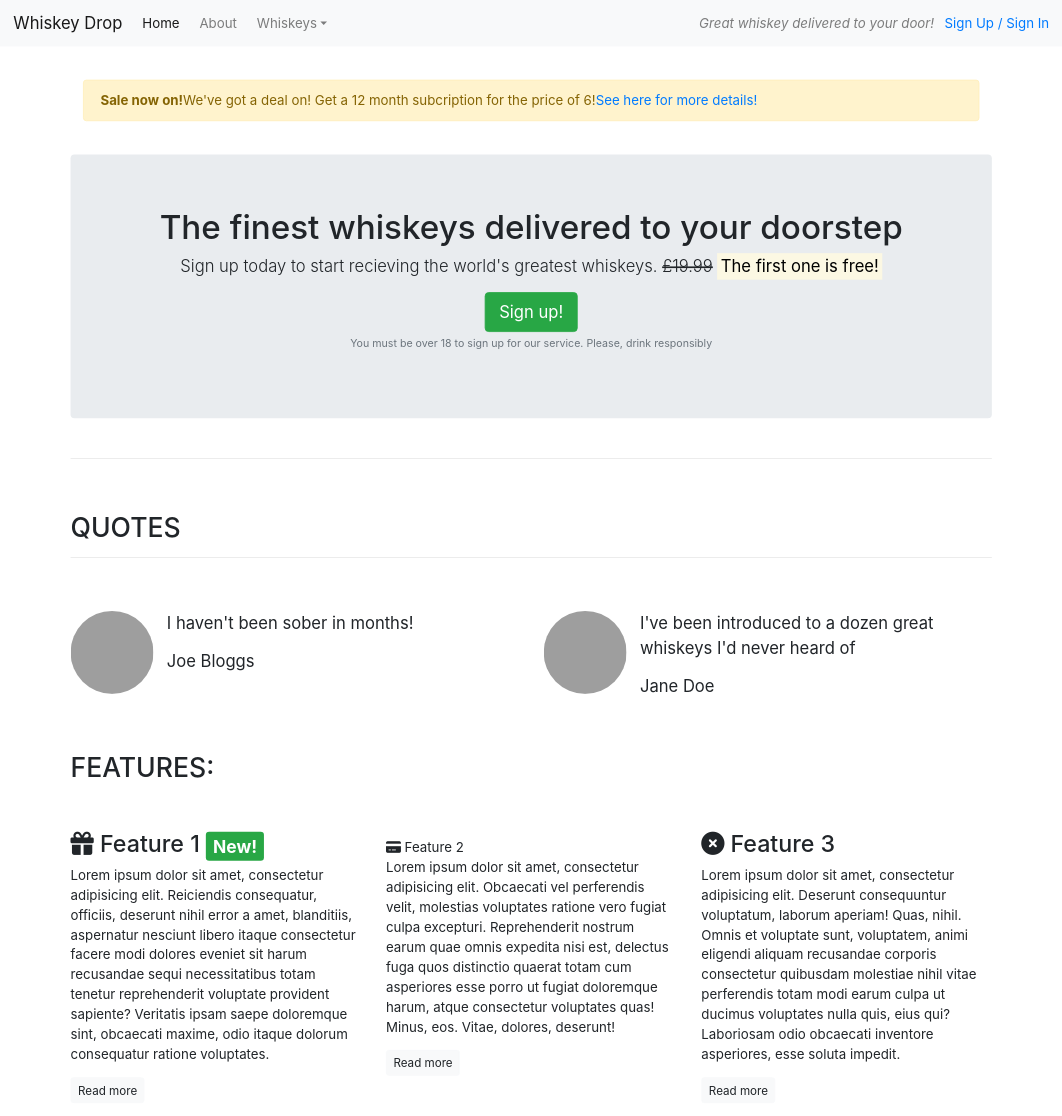
Repository: Matt-F90/Intro-to-bootstrap
Page: index.html
The author's editor kept a record of every edit. The page is drawn from the files as they stood at one moment, then again after the next edit.
The browser window is 1280 px wide. The pictures show the whole page, at 83% of full size.
Pictures or frames that could not be fetched are drawn as grey boxes. Some web libraries are served in a nearby version.

Above is the page before.
Console error: TypeError: Cannot read properties of undefined (reading 'fn')

### index.html
<!DOCTYPE html>
<html lang="en">

<head>
    <meta charset="UTF-8">
    <meta name="viewport" content="width=device-width, initial-scale=1.0">
    <meta http-equiv="X-UA-Compatible" content="ie=edge">
    <title>Whiskey Drop | Taste a new whiskey every month</title>
    <link rel="stylesheet" href="https://stackpath.bootstrapcdn.com/bootstrap/4.1.3/css/bootstrap.min.css" integrity="sha384-MCw98/SFnGE8fJT3GXwEOngsV7Zt27NXFoaoApmYm81iuXoPkFOJwJ8ERdknLPMO" crossorigin="anonymous">
    <script src="https://stackpath.bootstrapcdn.com/bootstrap/4.1.3/js/bootstrap.min.js" integrity="sha384-ChfqqxuZUCnJSK3+MXmPNIyE6ZbWh2IMqE241rYiqJxyMiZ6OW/JmZQ5stwEULTy" crossorigin="anonymous"></script>
    <script src="https://kit.fontawesome.com/f919e2be21.js" crossorigin="anonymous"></script>

    <body>
        <nav class="navbar navbar-light bg-light navbar-expand-sm">
            <a href="/" class="navbar-brand">Whiskey Drop</a>

            <button class="navbar-toggler ml-auto" type="button" data-toggle="collapse" data-target="#navbarNavDropdown" aria-controls="navbarNavDropdown" aria-expanded="false" aria-label="Toggle navigation">
        <span class="navbar-toggler-icon"></span></button>

            <div class="collapse navbar-collapse" id="navbarNavDropdown">

                <ul class="navbar-nav mr-auto">
                    <li class="active nav-item mr-2"><a class="nav-link" href="/">Home</a></li>
                    <li class="nav-item mr-2"><a class="nav-link" href="/about">About</a></li>
                    <li class "nav-item dropdown">
                        <a class="nav-link dropdown-toggle" href="#" id="navbarDropdownMenuLink" role="button" data-toggle="dropdown" aria-haspopup="true" aria-expanded="false">
          Whiskeys</a>
                        <div class="dropdown-menu" aria-labelledby="navbarDropdownMenuLink">
                            <a class="dropdown-item" href="#">Irish</a>
                            <a class="dropdown-item" href="#">Scotch</a>
                            <a class="dropdown-item" href="#">Japanese</a>
                            <a class="dropdown-item" href="#">American</a>
                        </div>
                    </li>
                    <li class="nav-item mr-2 d-block d-sm-none"><a class="nav-link" href="/login">Sign Up / Sign In</a></li>
                </ul>
            </div>
            <div class="d-none d-md-block">
                <p class="navbar-text my-auto mr-2"><i>Great whiskey delivered to your door!</i></p>
                <a href="/login">Sign Up / Sign In</a>
            </div>
        </nav>
        <article class="container mt-3">
            <div class="row d-none d-sm-inline">
                <div class="col-12">
                    <div class="alert alert-warning">
                        <strong>Sale now on!</strong>We've got a deal on! Get a 12 month subcription for the price of 6!<a href "/">See here for more details!</a>
                    </div>
                </div>
            </div>
            <div class="row">
                <div class="col-12">
                    <section class="callout jumbotron text-center">
                        <h1>The finest whiskeys delivered to your doorstep</h1>
                        <p class="lead">Sign up today to start recieving the world's greatest whiskeys.
                            <s class="d-none d-sm-inline">£19.99</s>
                            <span class="d-inline d-sm-none"><br></span>
                            <strong><mark>The first one is free!</mark></strong></p>
                        <button class="btn btn-success btn-lg">Sign up!</button>
                        <p class="text-muted"><small>You must be over 18 to sign up for our service. Please, drink responsibly</small></p>
                    </section>
                </div>
            </div>

            <hr>
            <section class="quotes">
                <div class="row">
                    <div class="col-12 my-5">
                        <h2 class="text-uppercase">Quotes</h2>
                        <hr />
                    </div>
                </div>
                <div class="row">
                    <div class="col-12 col-md-6">
                        <div class="media">
                            <div class="d-none d-sm-block">
                                <img src="images/guy-image.png" class="rounded-circle mr-3" height=100 width=100>
                            </div>
                            <div class="media-body">
                                <blockquote class="blockquote">
                                    <p>I haven't been sober in months!</p>
                                    <p>Joe Bloggs</p>
                                </blockquote>
                            </div>
                        </div>
                    </div>
                    <div class="col-12 col-md-6">
                        <div class="media">
                            <div class="d-none d-sm-block">
                                <img src="images/girl-image.png" class="rounded-circle mr-3" height=100 width=100>
                            </div>
                            <div class="media-body">
                                <blockquote class="blockquote">
                                    <p>I've been introduced to a dozen great whiskeys I'd never heard of</p>
                                    <p>Jane Doe</p>
                                </blockquote>
                            </div>
                        </div>
                    </div>
                </div>
            </section>

            <section class="features">
                <div class="row">
                    <div class="col-12 my-5">
                        <h2 class="text-uppercase">Features:</h2>
                    </div>
                </div>
                <div class="row">
                    <div class="col-12 col-md-6 col-lg-4">
                        <div class="feature">
                            <h3><i class="fas fa-gift d-none d-sm-inline"></i> Feature 1 <span class="badge badge-success d-none d-sm-inline">New!</span></h3>
                            <p>Lorem ipsum dolor sit amet, consectetur adipisicing elit. Reiciendis consequatur, officiis, deserunt nihil error a amet, blanditiis, aspernatur nesciunt libero itaque consectetur facere modi dolores eveniet sit harum recusandae
                                sequi necessitatibus totam tenetur reprehenderit voluptate provident sapiente? Veritatis ipsam saepe doloremque sint, obcaecati maxime, odio itaque dolorum consequatur ratione voluptates.</ipsum50>
                            </p>
                            <p><a class="btn btn-sm btn-light">Read more</a></p>
                        </div>
                    </div>
                    <div class="col-12 col-md-6 col-lg-4">
                        <div class="feature">
                            <h3></h3><i class="fas fa-credit-card d-none d-sm-inline"></i> Feature 2 </h3>
                            <p>Lorem ipsum dolor sit amet, consectetur adipisicing elit. Obcaecati vel perferendis velit, molestias voluptates ratione vero fugiat culpa excepturi. Reprehenderit nostrum earum quae omnis expedita nisi est, delectus fuga quos
                                distinctio quaerat totam cum asperiores esse porro ut fugiat doloremque harum, atque consectetur voluptates quas! Minus, eos. Vitae, dolores, deserunt!</p>
                            <p><a class="btn btn-sm btn-light">Read more</a></p>
                        </div>
                    </div>
                    <div class="col-12 d-md-none d-lg-block col-lg-4">
                        <div class="feature">
                            <h3><i class="fas fa-times-circle d-none d-sm-inline">
                                </i> Feature 3</h3>
                            <p>Lorem ipsum dolor sit amet, consectetur adipisicing elit. Deserunt consequuntur voluptatum, laborum aperiam! Quas, nihil. Omnis et voluptate sunt, voluptatem, animi eligendi aliquam recusandae corporis consectetur quibusdam
                                molestiae nihil vitae perferendis totam modi earum culpa ut ducimus voluptates nulla quis, eius qui? Laboriosam odio obcaecati inventore asperiores, esse soluta impedit.</p>
                            <p><a class="btn btn-sm btn-light">Read more</a></p>
                        </div>
                    </div>
                </div>
            </section>

        </article>
        <script src="https://code.jquery.com/jquery-3.3.1.slim.min.js" integrity="sha384-q8i/X+965DzO0rT7abK41JStQIAqVgRVzpbzo5smXKp4YfRvH+8abtTE1Pi6jizo" crossorigin="anonymous"></script>
        <script src="https://cdnjs.cloudflare.com/ajax/libs/popper.js/1.14.3/umd/popper.min.js" integrity="sha384-ZMP7rVo3mIykV+2+9J3UJ46jBk0WLaUAdn689aCwoqbBJiSnjAK/l8WvCWPIPm49" crossorigin="anonymous"></script>
        <script src="https://stackpath.bootstrapcdn.com/bootstrap/4.1.3/js/bootstrap.min.js" integrity="sha384-ChfqqxuZUCnJSK3+MXmPNIyE6ZbWh2IMqE241rYiqJxyMiZ6OW/JmZQ5stwEULTy" crossorigin="anonymous"></script>
    </body>

</html>

After the next edit:
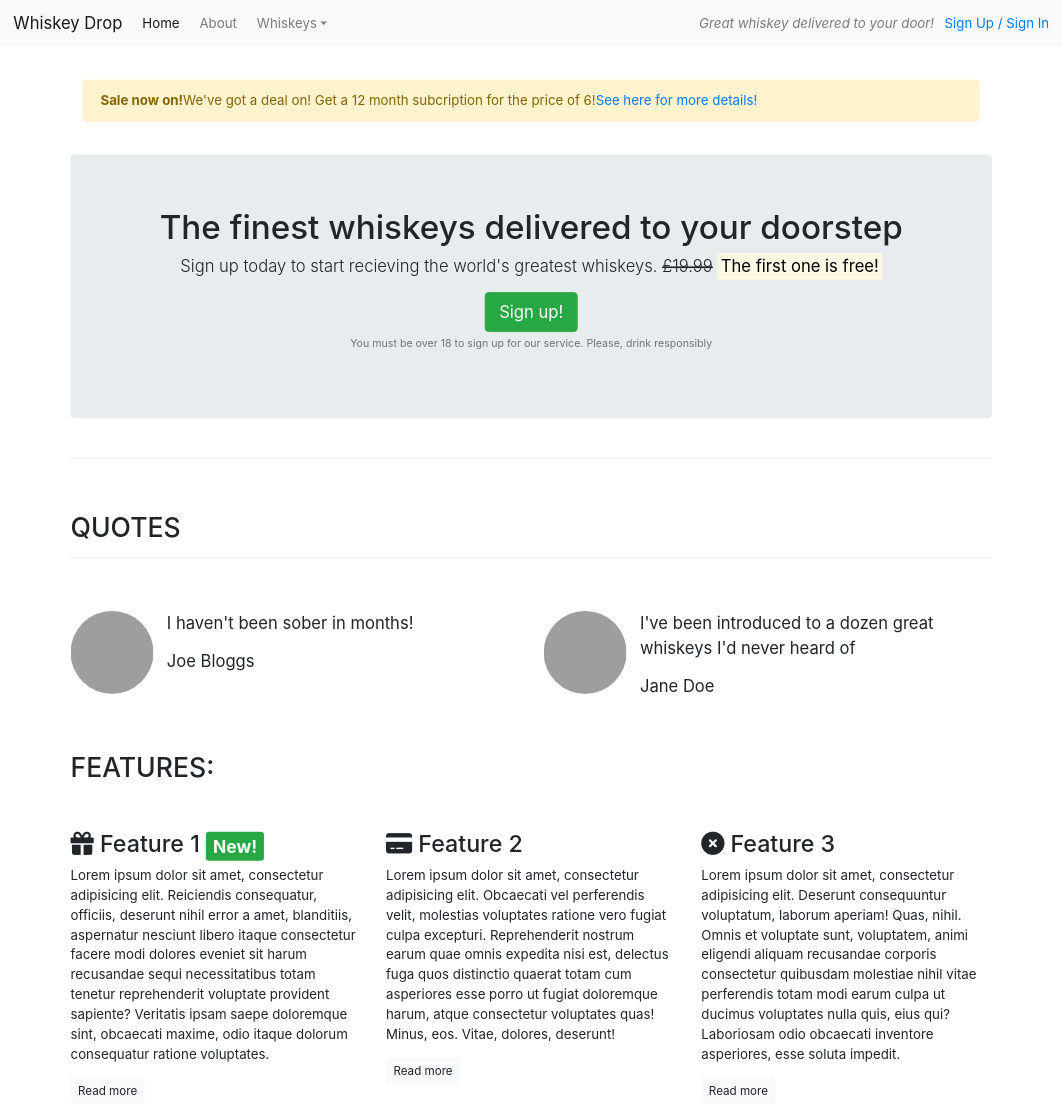
The edit:
--- a/index.html
+++ b/index.html
@@ -118,7 +118,7 @@
                     </div>
                     <div class="col-12 col-md-6 col-lg-4">
                         <div class="feature">
-                            <h3></h3><i class="fas fa-credit-card d-none d-sm-inline"></i> Feature 2 </h3>
+                            <h3><i class="fas fa-credit-card d-none d-sm-inline"></i> Feature 2 </h3>
                             <p>Lorem ipsum dolor sit amet, consectetur adipisicing elit. Obcaecati vel perferendis velit, molestias voluptates ratione vero fugiat culpa excepturi. Reprehenderit nostrum earum quae omnis expedita nisi est, delectus fuga quos
                                 distinctio quaerat totam cum asperiores esse porro ut fugiat doloremque harum, atque consectetur voluptates quas! Minus, eos. Vitae, dolores, deserunt!</p>
                             <p><a class="btn btn-sm btn-light">Read more</a></p>
